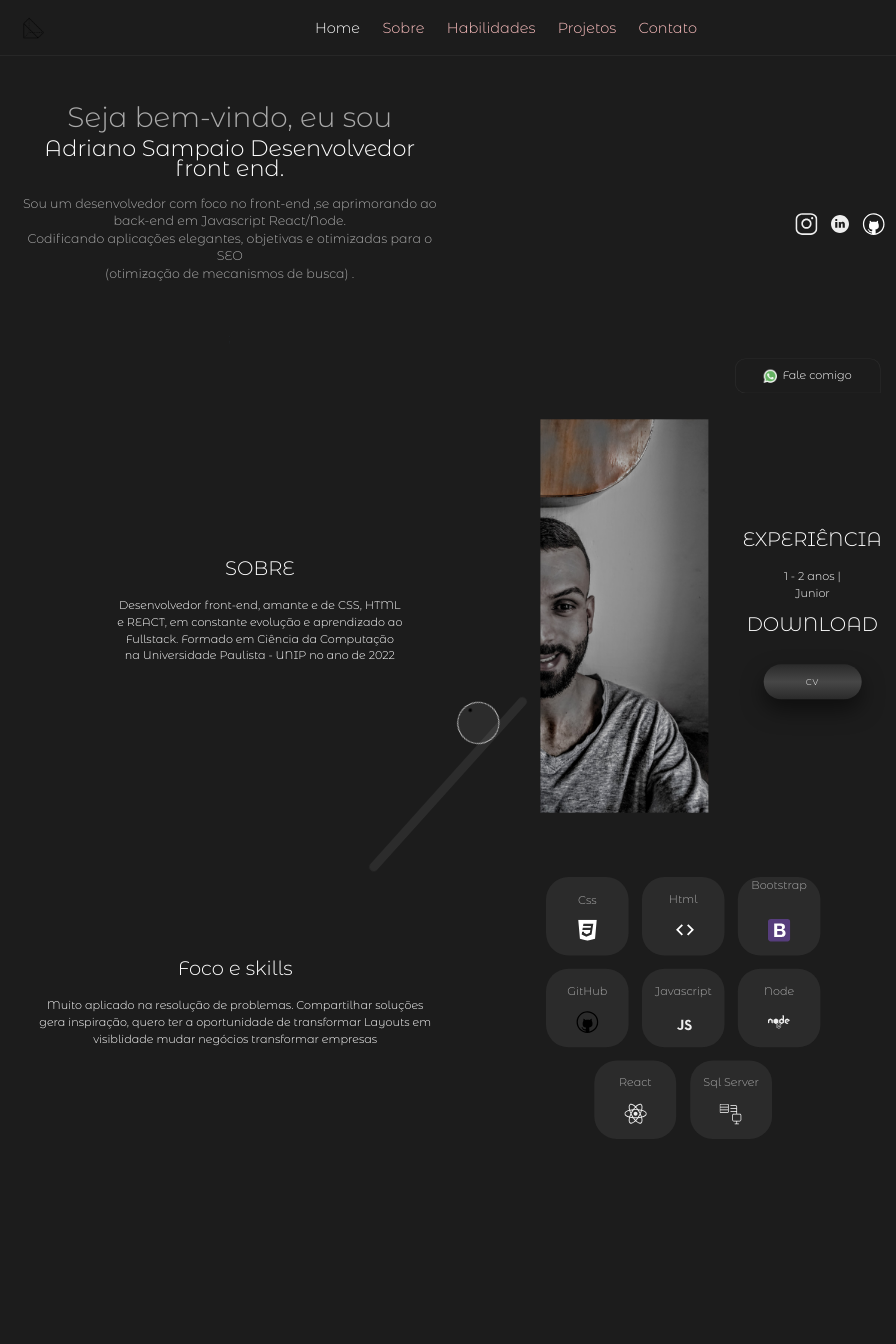
Repository: adrianodisam/NovoPortifolio
Page: /
These files come from the project's save history. The page is drawn as it stood at one moment and after the next save; the edit follows.
The browser window is 1280 px wide. The pictures show the part of the page from y = 0 to 1920 px (the page is 3024 px tall), at 70% of full size.
The project was rebuilt for these pictures with package versions that can differ from the ones it lists, and the page was loaded fresh each time. Imported but missing from the stored project, and not drawn on this page: src/componentes/Download/Adriano.pdf.

Above is the page before, as saved 2024-11-02 16:31:42.

After the next save:
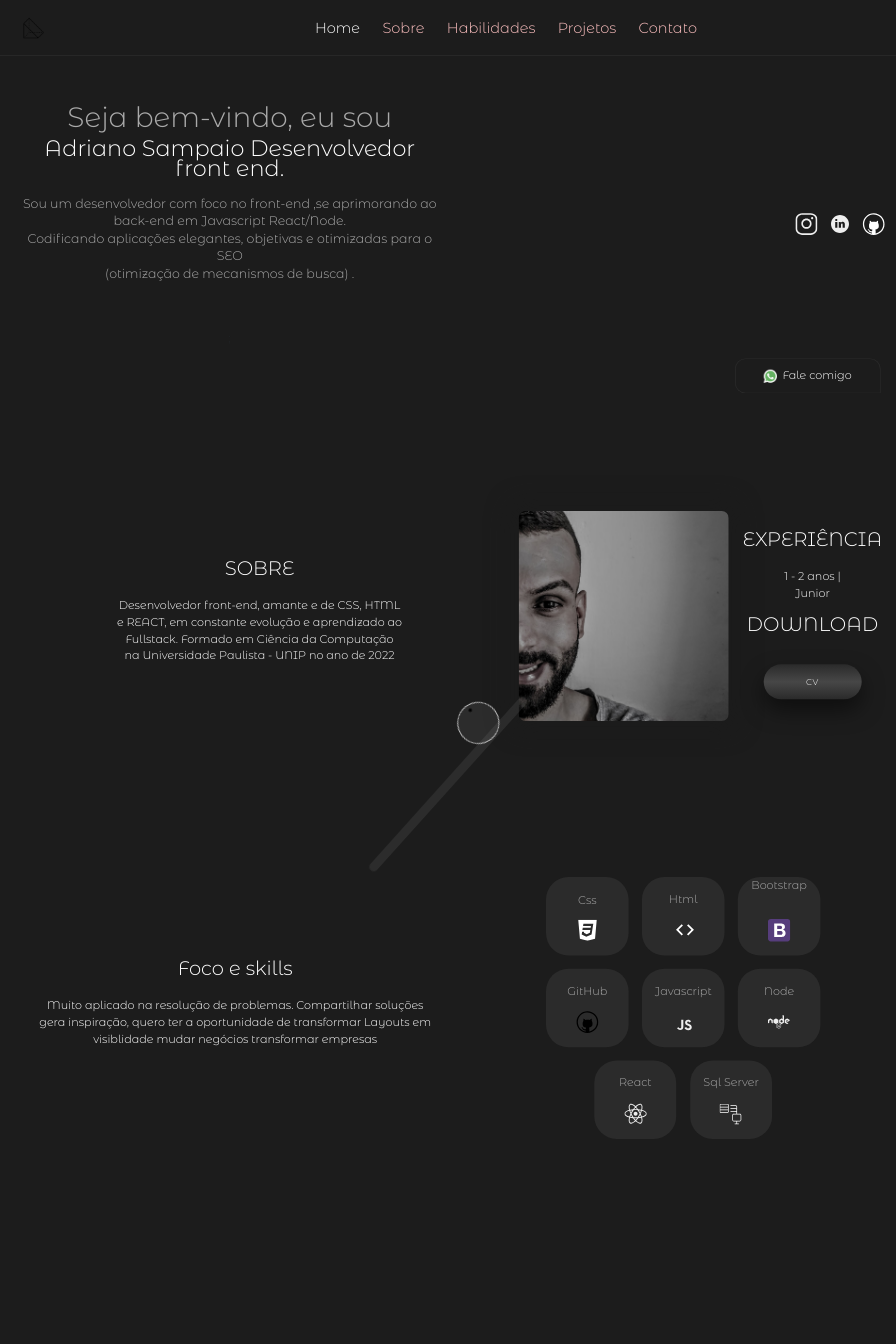
Saved 2 min 32 s later.
--- a/src/componentes/FotoSobre/FotoSobre.module.css
+++ b/src/componentes/FotoSobre/FotoSobre.module.css
@@ -11,33 +11,16 @@
 }
 
 .Container img {
+  display: flex;
+  width: 15rem;
+  transition: all 0.4s;
+  width: 300px; /* Ajuste o tamanho conforme necessário */
+  height: 300px; /* Ajuste o tamanho conforme necessário */
+  object-fit: cover;
+  border-radius: 10px; /* Raio para bordas arredondadas */
+  box-shadow: 0 0 30px 15px rgba(28, 28, 28, 0.8); /* Sombra esfumaçada */
+}
 
-  display: flex;
-  /* -webkit-filter: grayscale(2); */
-  /* filter: grayscale(2); */
-  width: 15rem;
-  /* padding: 10px; */
-  transition: all 0.4s;
-  /* clip-path: polygon(
-    20% 0%,
-    0% 20%,
-    12% 49%,
-    0% 80%,
-    20% 100%,
-    50% 95%,
-    80% 100%,
-    100% 80%,
-    91% 52%,
-    100% 20%,
-    80% 0%,
-    51% 1%
-  ); */
-  /* border-radius: 50%; */
-  /* filter: drop-shadow(0 0 2rem #eedd82); */
-  /* opacity: 0.8; */
-
-
-}
 
 
 @media only screen and (max-width: 1024px) {
